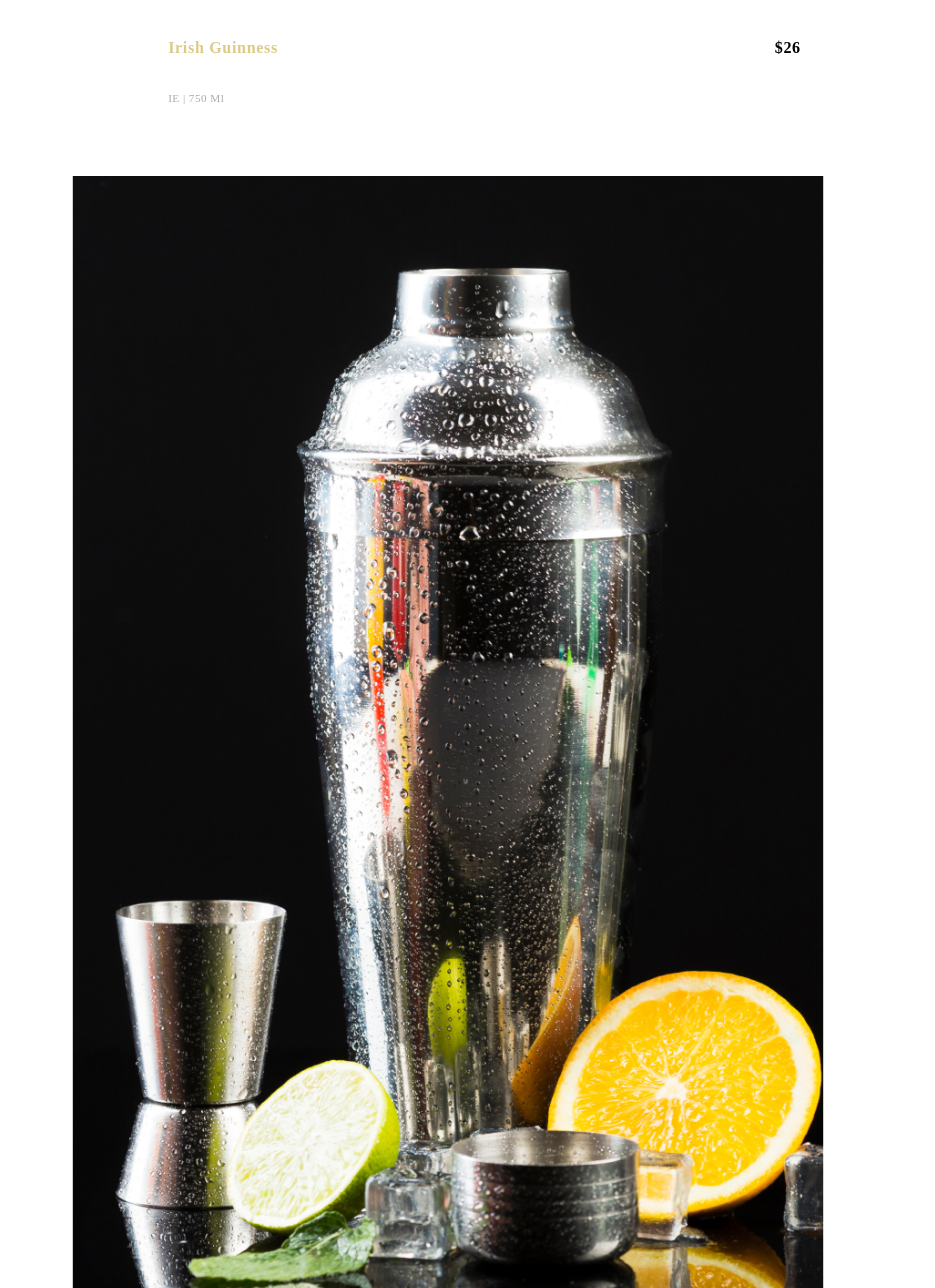
Repository: remydev47/restaurant
Page: /
These files come from the project's save history. The page is drawn as it stood at one moment and after the next save; the edit follows.
The browser window is 1280 px wide. The page is 1336 px wide, so the pictures cover 1336 px, including what lies to the right of the window. The pictures show the part of the page from y = 3480 to 5320 px (the page is 6758 px tall before and 6082 px after), at 70% of full size.
Backgrounds fixed to the window are drawn as part of the page. The project was rebuilt for these pictures with package versions that can differ from the ones it lists, and the page was loaded fresh each time. Also part of the build but not shown: src/container/Chef/Chef.css, src/components/Footer/Newsletter.jsx, src/components/Footer/FooterOverlay.jsx. Imported but missing from the stored project, and not drawn on this page: src/assets/meal.mp4.

Above is the page before, as saved 2022-03-16 17:43:51.

After the next save:
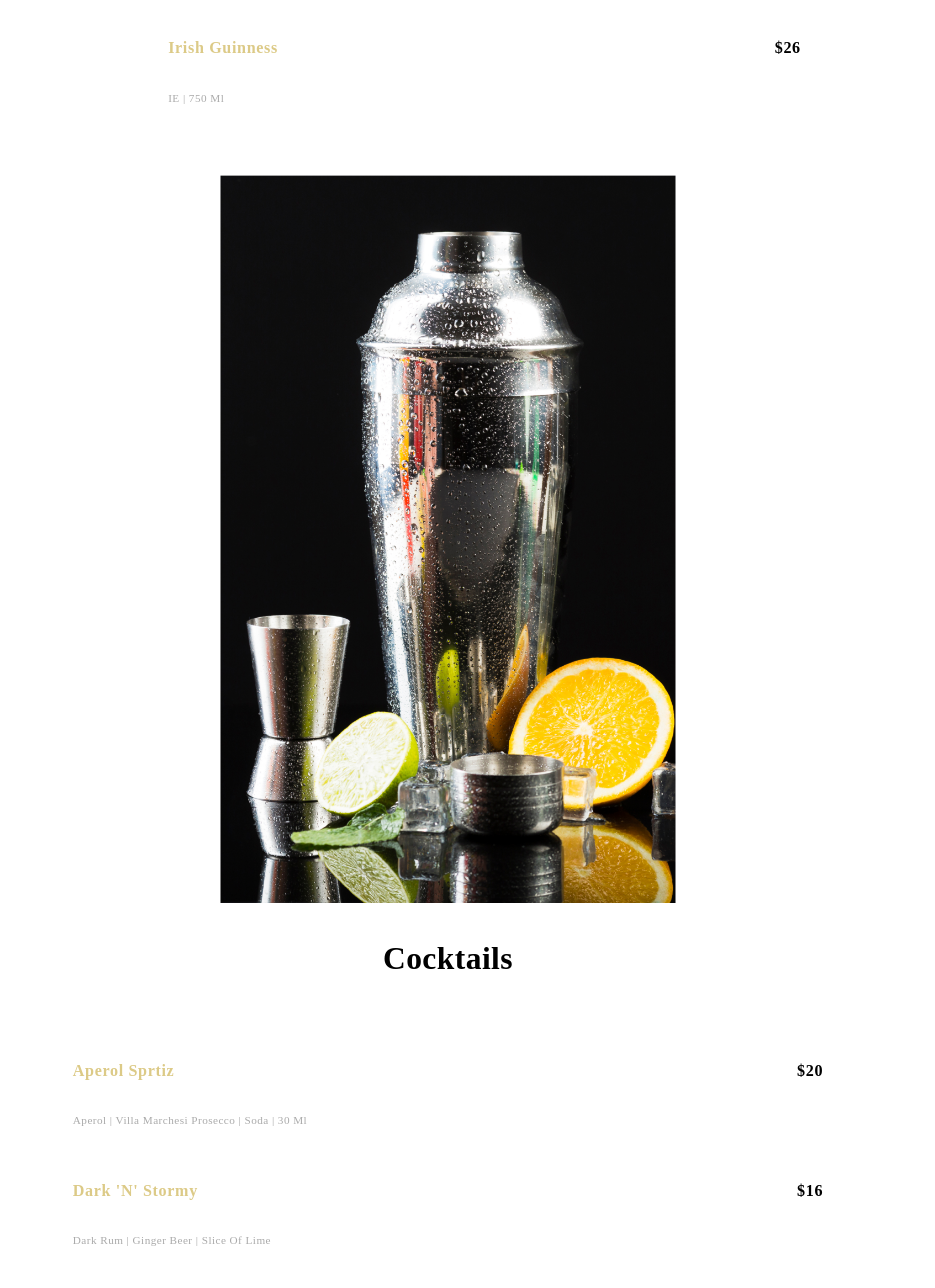
Saved 55 s later.
--- a/src/container/Menu/SpecialMenu.css
+++ b/src/container/Menu/SpecialMenu.css
@@ -54,7 +54,7 @@ flex-direction: column;
 
 @media screen and (max-width: 2000px) {
     .app__specialMenu-menu_img {
-        width: 100%;
+        width: 650px;
     }
 }
 
